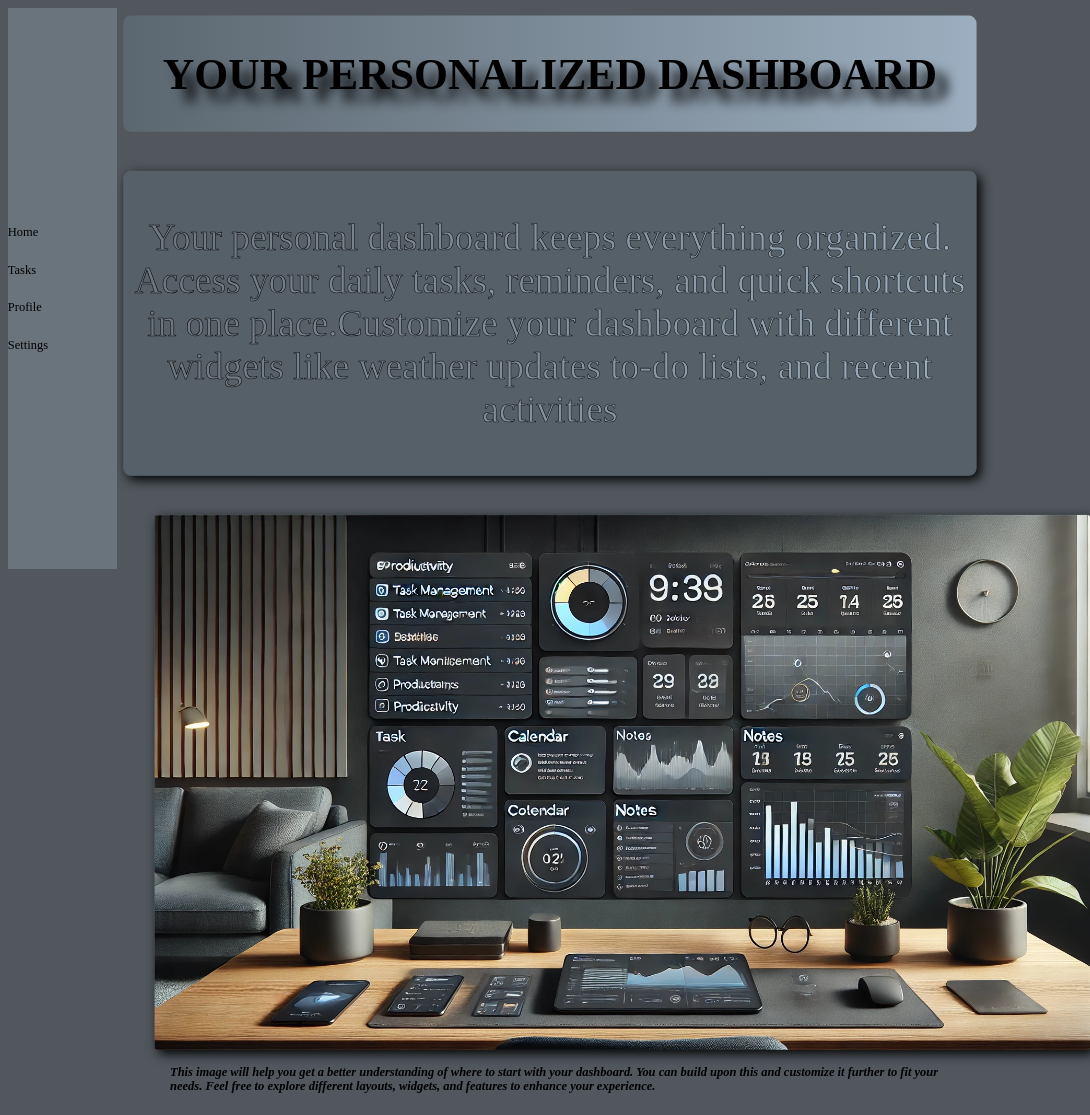
Repository: Parnicoza/testecomplete
Page: testcomplet-14.html
The author's editor kept a copy of each file at every save. The page is drawn from the files as they stood at one save, then again after the next save.
The browser window is 1280 px wide. The page is 1398 px wide, so the pictures cover 1398 px, including what lies to the right of the window. The pictures show the whole page, at 78% of full size.

Above is the page before, as saved 2025-02-27 16:23:49.

After the next save:
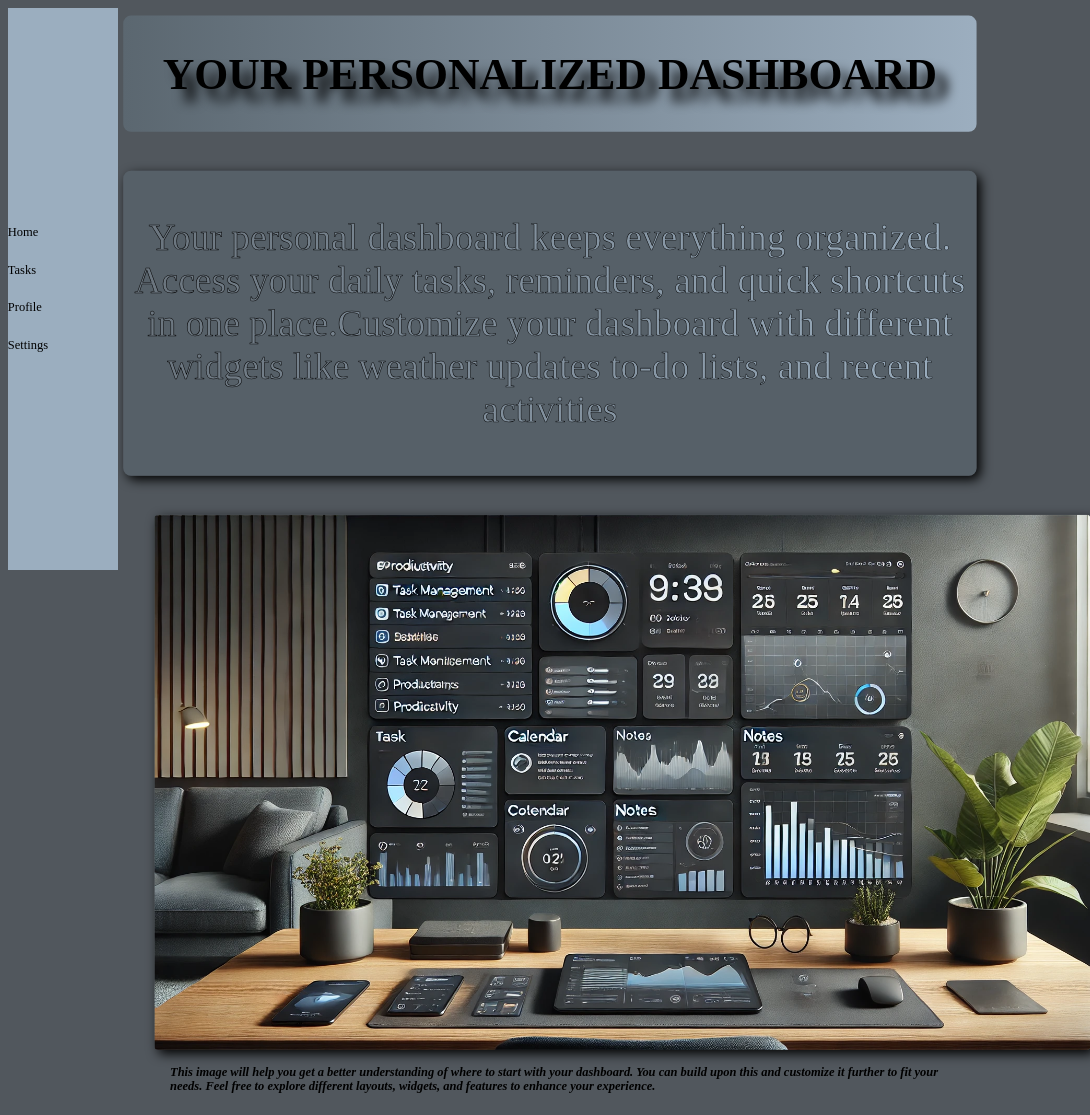
Saved 40 s later.
--- a/stilizaretestcomplet-14.css
+++ b/stilizaretestcomplet-14.css
@@ -78,7 +78,7 @@ body{
    height: 100vh;
    justify-content: center;
    margin: 10px;
-   background-color: #6A747D;
+   background-color: #9BAEBF;
 }
 
 .list{

After the save that followed:
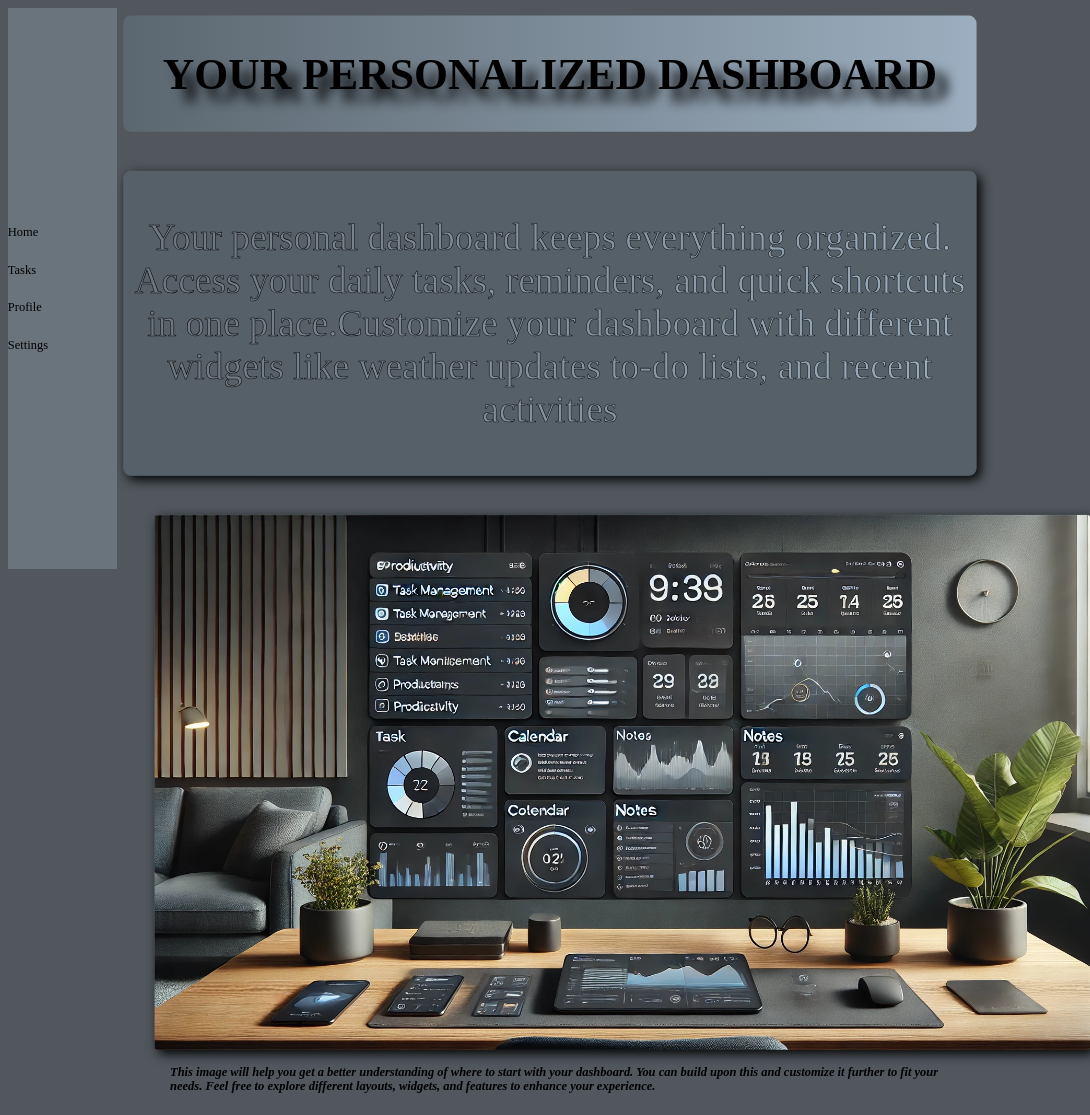
Saved 39 s later.
--- a/stilizaretestcomplet-14.css
+++ b/stilizaretestcomplet-14.css
@@ -78,7 +78,7 @@ body{
    height: 100vh;
    justify-content: center;
    margin: 10px;
-   background-color: #9BAEBF;
+   background-color: #6A747D;
 }
 
 .list{
